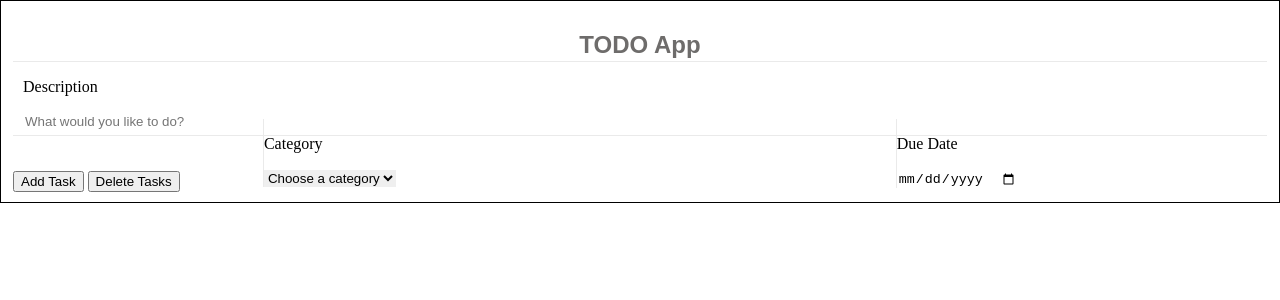
Repository: king-slayer97/TODO-App
Page: http://localhost/
An editor plug-in stored every save of this project. The page is shown before and after a run of saves, followed by the edit.
The browser window is 1280 px wide. The pictures show the whole page.
The page is served by the project's Node server (index.js).

Above is the page before, as saved 2022-08-15 17:11:15.

After the next 2 saves:
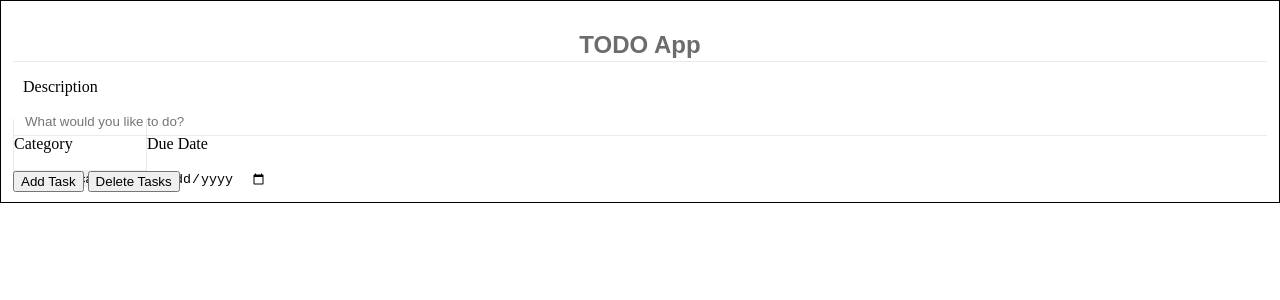
The 2 saves are shown as one change because they came seconds apart.
The last was saved 43 s later.
--- a/assets/css/home.css
+++ b/assets/css/home.css
@@ -49,7 +49,7 @@ body{
 .section2{
     display: flex;
     align-items: center;
-    justify-content: space-around;
+    justify-content: flex-start;
     height: 35px;
 }
 
